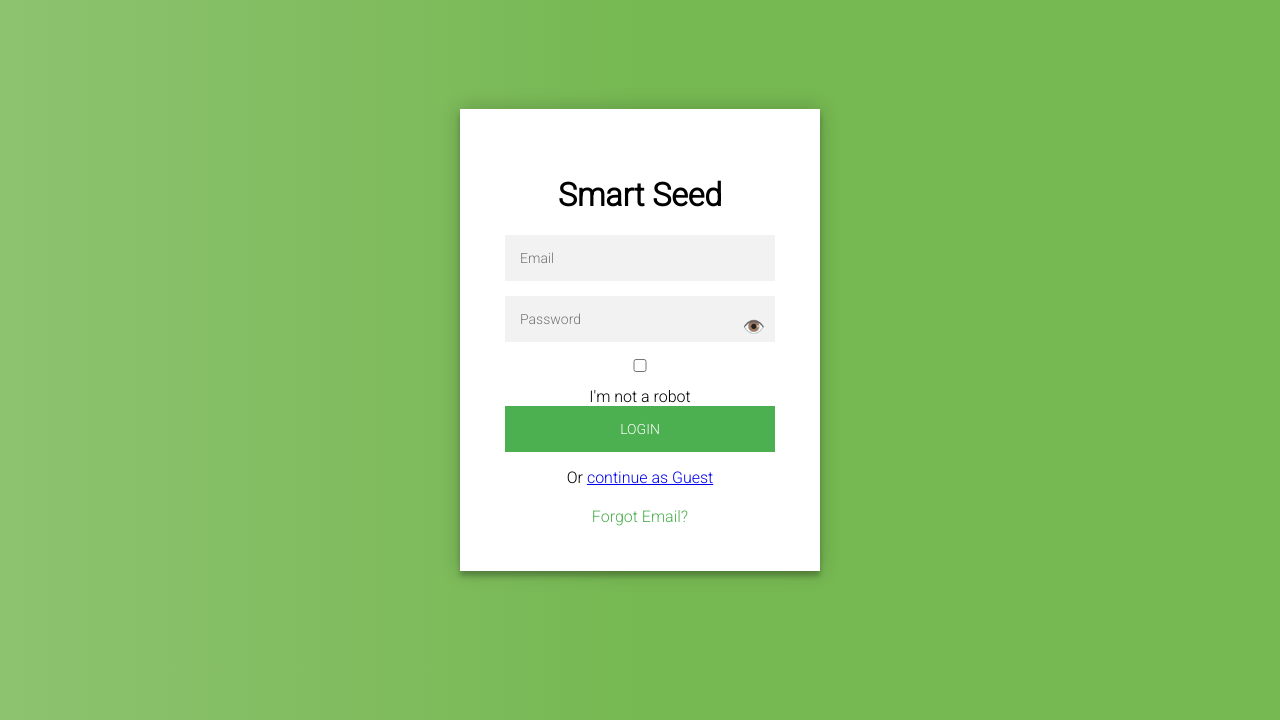
Repository: IFoundGeorge/Smart-Seed-v8-master
Page: src/login.html
An editor plug-in stored every save of this project. The page is shown before and after the next save, followed by the edit.
The browser window is 1280 px wide. The pictures show the whole page.

Above is the page before, as saved 2025-04-02 21:46:42.

After the next save:
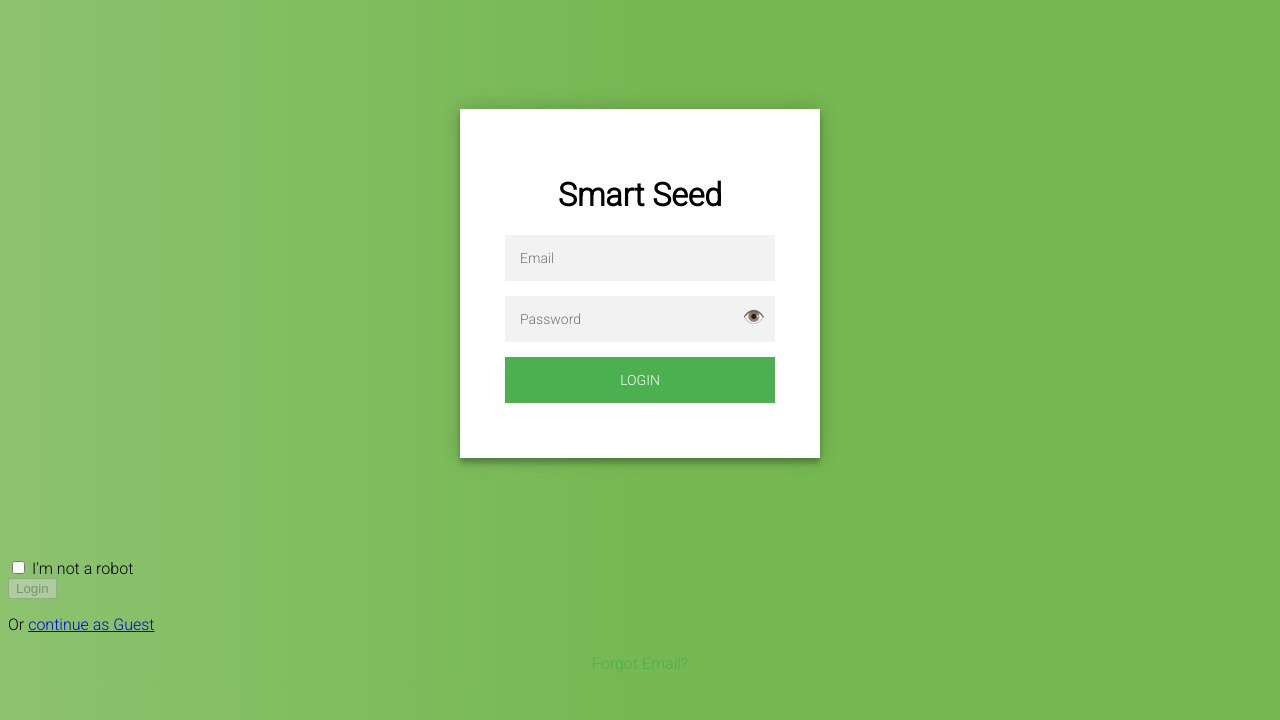
Saved 36 min 10 s later.
--- a/src/login.html
+++ b/src/login.html
@@ -112,10 +112,20 @@
               placeholder="Password"
               required
             />
-            <span id="toggle-password" onclick="togglePasswordVisibility()"
-              >👁️</span
+            <span
+              id="toggle-password"
+              onclick="togglePasswordVisibility()"
+              style="cursor: pointer; position: absolute; right: 10px; top: 10px;"
             >
+              👁️
+            </span>
           </div>
+          <button type="submit" id="login-button" disabled>Login</button>
+          <div id="error-message" style="color: red; margin-top: 10px;"></div>
+        </form>
+      </div>
+    </div>
+  </body>
 
           <!-- CAPTCHA Section -->
           <div class="captcha-section">
